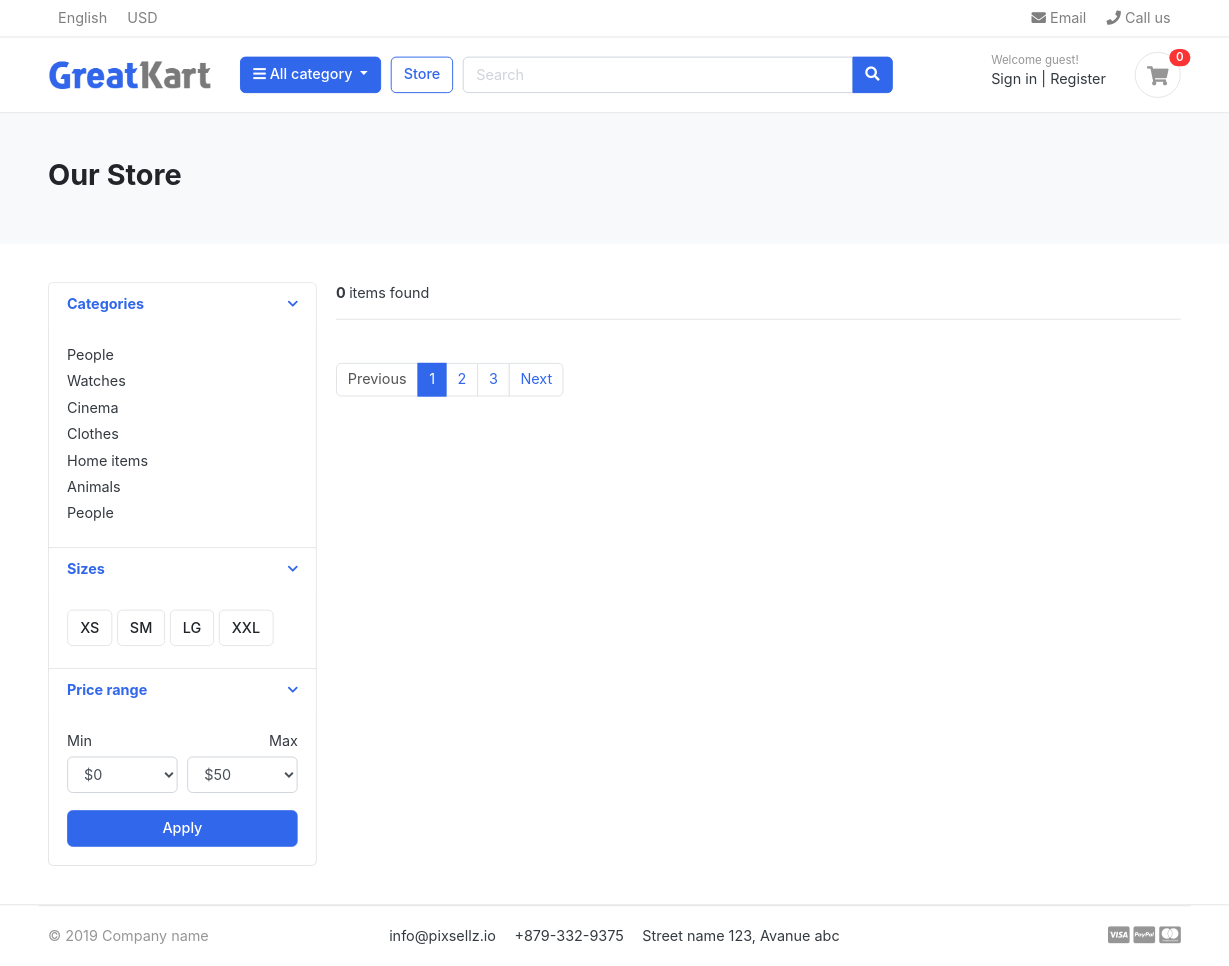
Repository: deesumishra/greatkartpro
Page: http://localhost/store/
The author's editor kept a copy of each file at every save. The page is drawn from the files as they stood at one save, then again after the next save.
The browser window is 1280 px wide. The pictures show the whole page, at 96% of full size.
Some web fonts or font styles are not loaded; a fallback is used. The page is served by the project's application, run on Django 5.2 (manage.py). Queries for data that is not in the repository find no rows.

Above is the page before, as saved 2024-04-10 23:19:39.

After the next save:
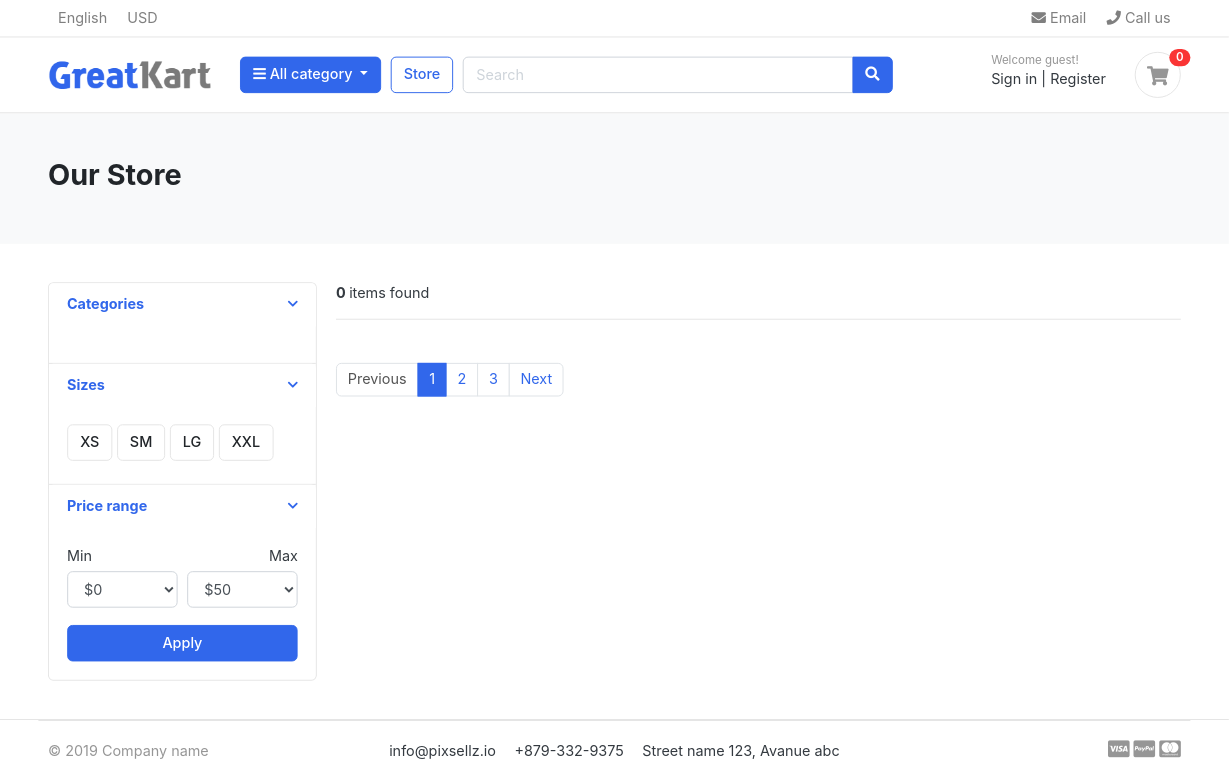
Saved 2 min 54 s later.
--- a/templates/store/store.html
+++ b/templates/store/store.html
@@ -31,13 +31,9 @@
                 <div class="card-body">
 
                     <ul class="list-menu">
+                    {% for category in links %}
                     <li><a href="#">People  </a></li>
-                    <li><a href="#">Watches </a></li>
-                    <li><a href="#">Cinema  </a></li>
-                    <li><a href="#">Clothes  </a></li>
-                    <li><a href="#">Home items </a></li>
-                    <li><a href="#">Animals</a></li>
-                    <li><a href="#">People </a></li>
+                    {%endfor%}
                     </ul>
 
                 </div> <!-- card-body.// -->
